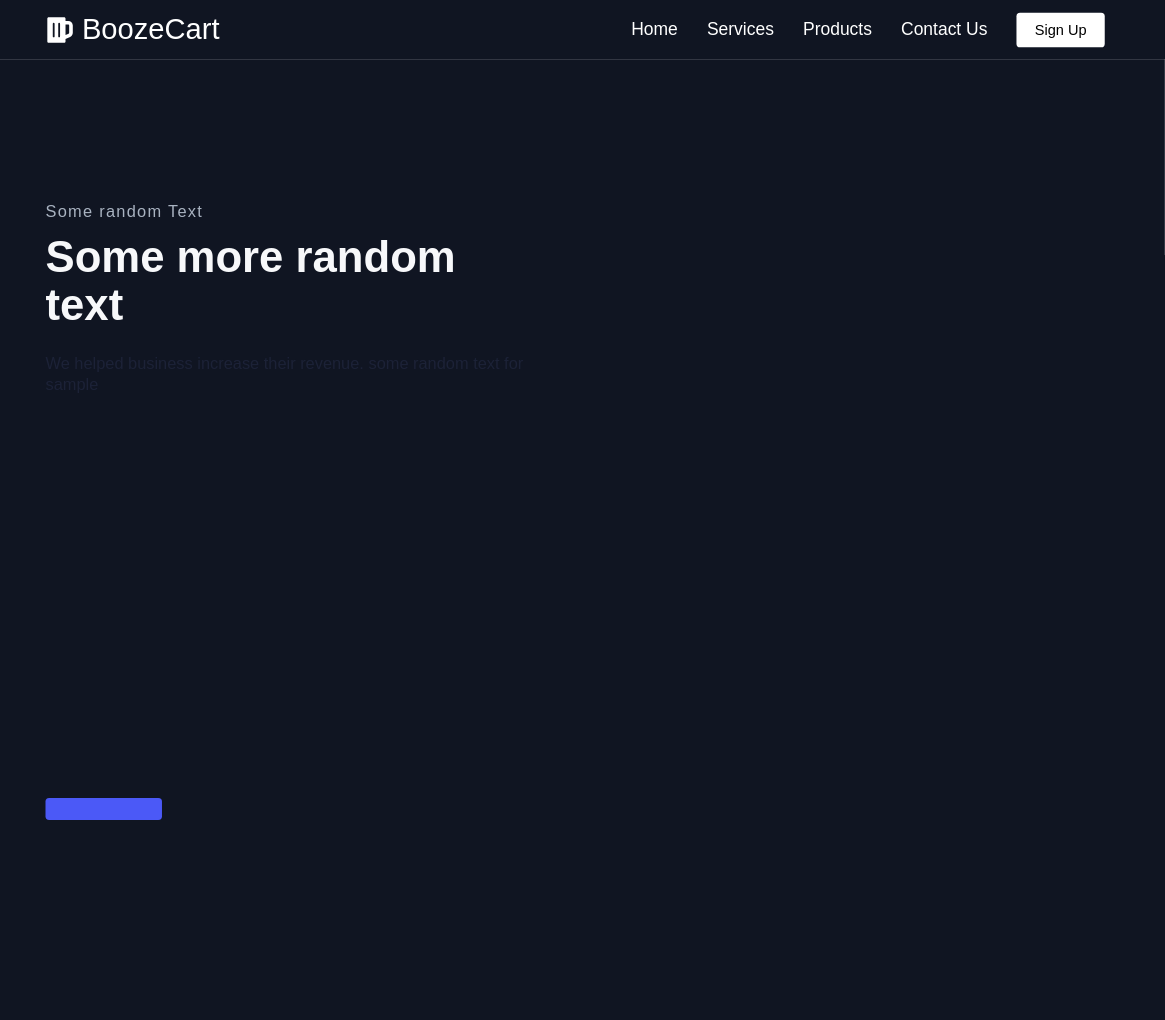
Repository: ajaygc95/Django-and-react
Page: / (app in galamart_sell/boozecart/)
An editor plug-in stored every save of this project. The page is shown before and after the next save, followed by the edit.
The browser window is 1280 px wide. The pictures show the whole page, at 91% of full size.
The project was rebuilt for these pictures with package versions that can differ from the ones it lists, and the page was loaded fresh each time.

Above is the page before, as saved 2021-04-12 23:57:12.

After the next save:
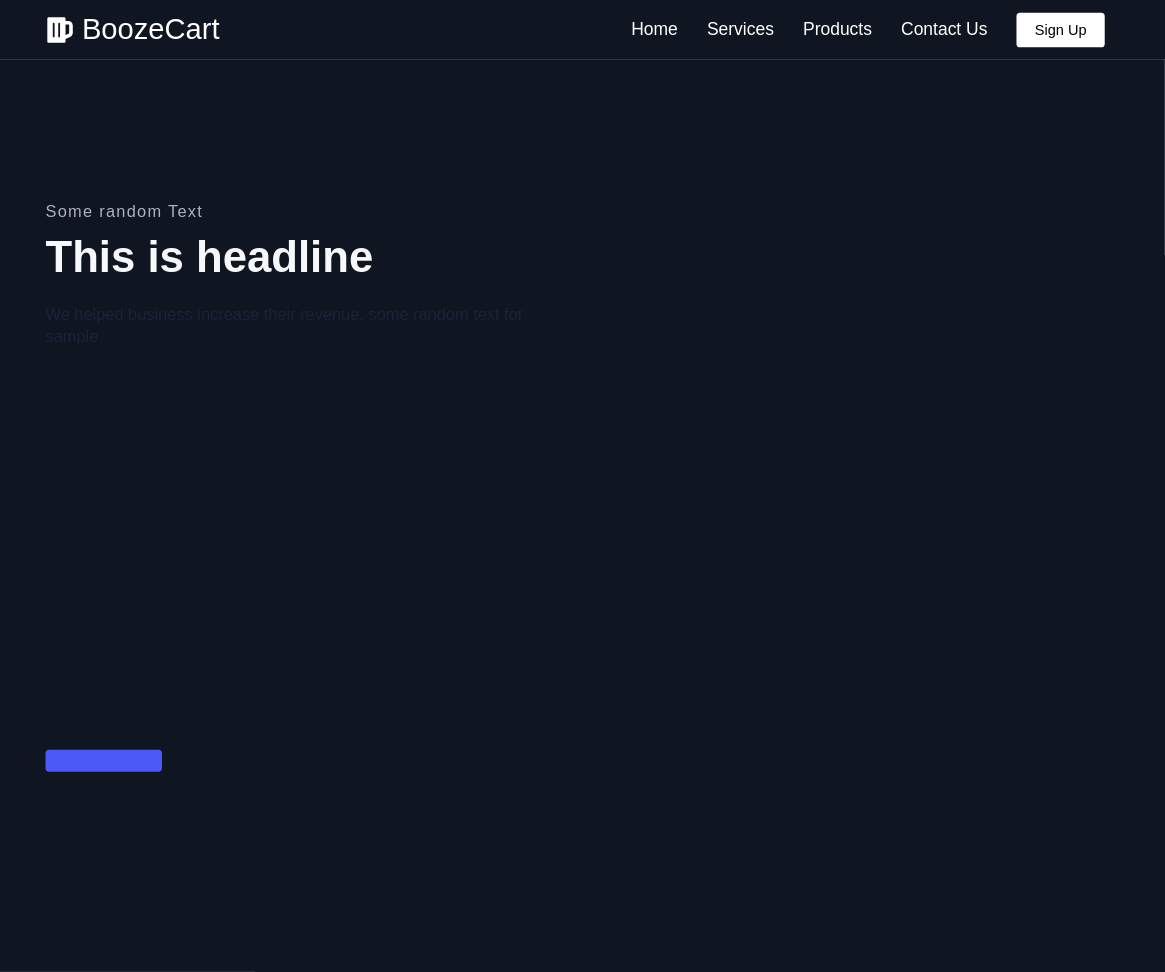
Saved 20 s later.
--- a/galamart_sell/boozecart/src/pages/HomePage/Data.js
+++ b/galamart_sell/boozecart/src/pages/HomePage/Data.js
@@ -7,7 +7,7 @@ export const homeObj = {
   lightTextDesc: true,
   buttonLabel: "Get Started",
   description:"We helped business increase their revenue. some random text for sample",
-  headline: "Some more random text",
+  headline: "This is headline",
   lightText: true,
   topLine: "Some random Text",
 };
